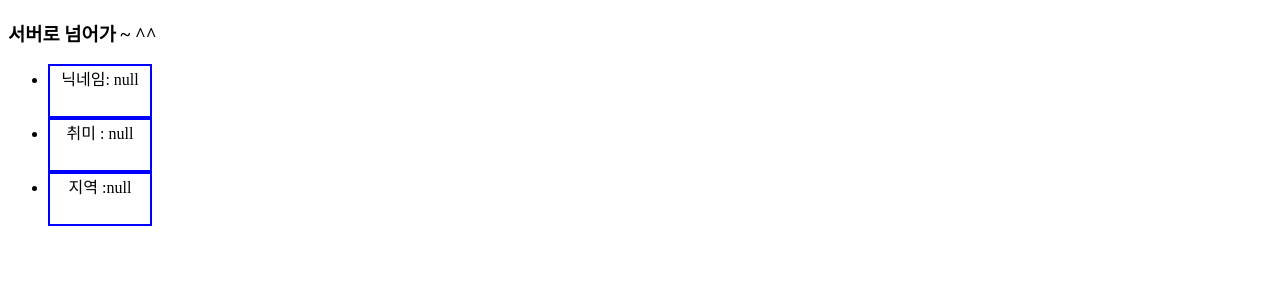
Repository: hyejux/jsp
Page: http://localhost/JSPBasic/request/request02.jsp
An editor plug-in stored every save of this project. The page is shown before and after the next save, followed by the edit.
The browser window is 1280 px wide. The pictures show the whole page.
The page is served by Tomcat 10.

Above is the page before, as saved 2024-06-25 06:17:30.

After the next save:
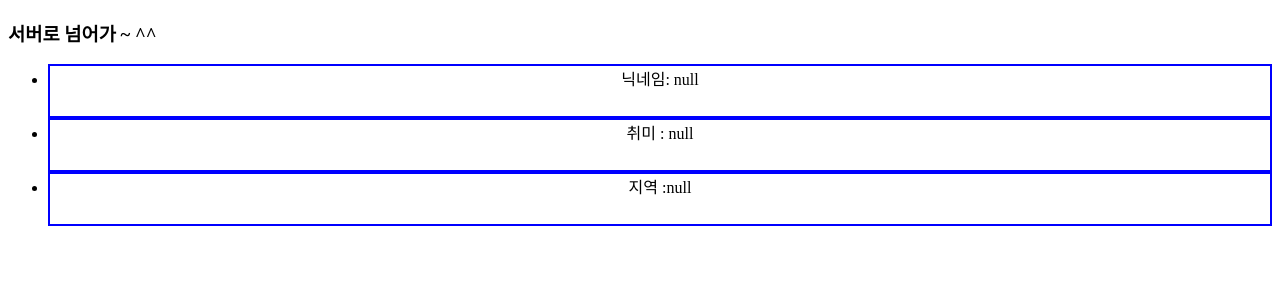
Saved 15 s later.
--- a/JSPBasic/src/main/webapp/request/request02.jsp
+++ b/JSPBasic/src/main/webapp/request/request02.jsp
@@ -19,7 +19,7 @@ String region = request.getParameter("region");
 
 li {
 height: 50px;
-width : 100px;
+width : auto;
 border: 2px solid blue;
 text-decoration: none;
 text-align : center;
